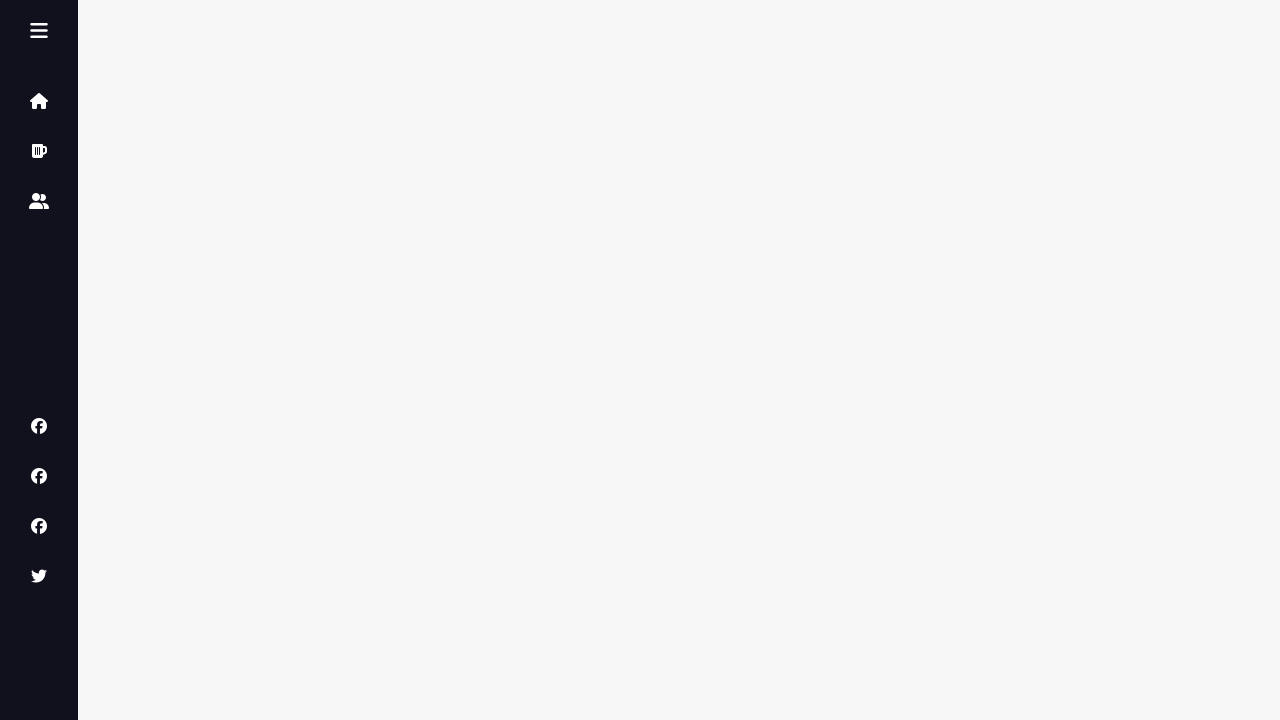
Repository: Nic98/MilkTeaWebsite
Page: mywebsite.html
An editor plug-in stored every save of this project. The page is shown before and after the next save, followed by the edit.
The browser window is 1280 px wide. The pictures show the whole page.
Some web libraries are served in a nearby version.

Above is the page before, as saved 2024-05-28 23:06:57.

After the next save:
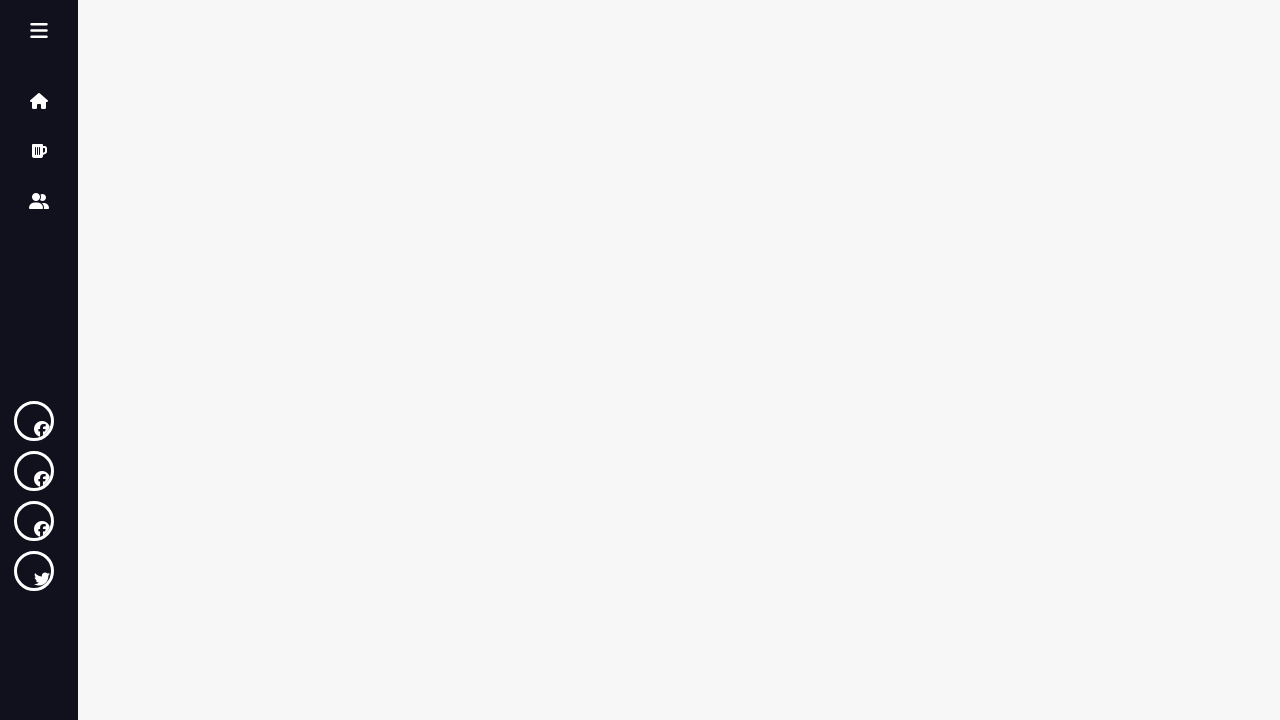
Saved 6 s later.
--- a/mywebsite.css
+++ b/mywebsite.css
@@ -295,7 +295,7 @@
   transition: all 0.4s ease;
   white-space: nowrap;
   z-index: 1;
-  border
+  border: 3px solid #fff
 }
 
 .sidebar.active .contact_list li i {
